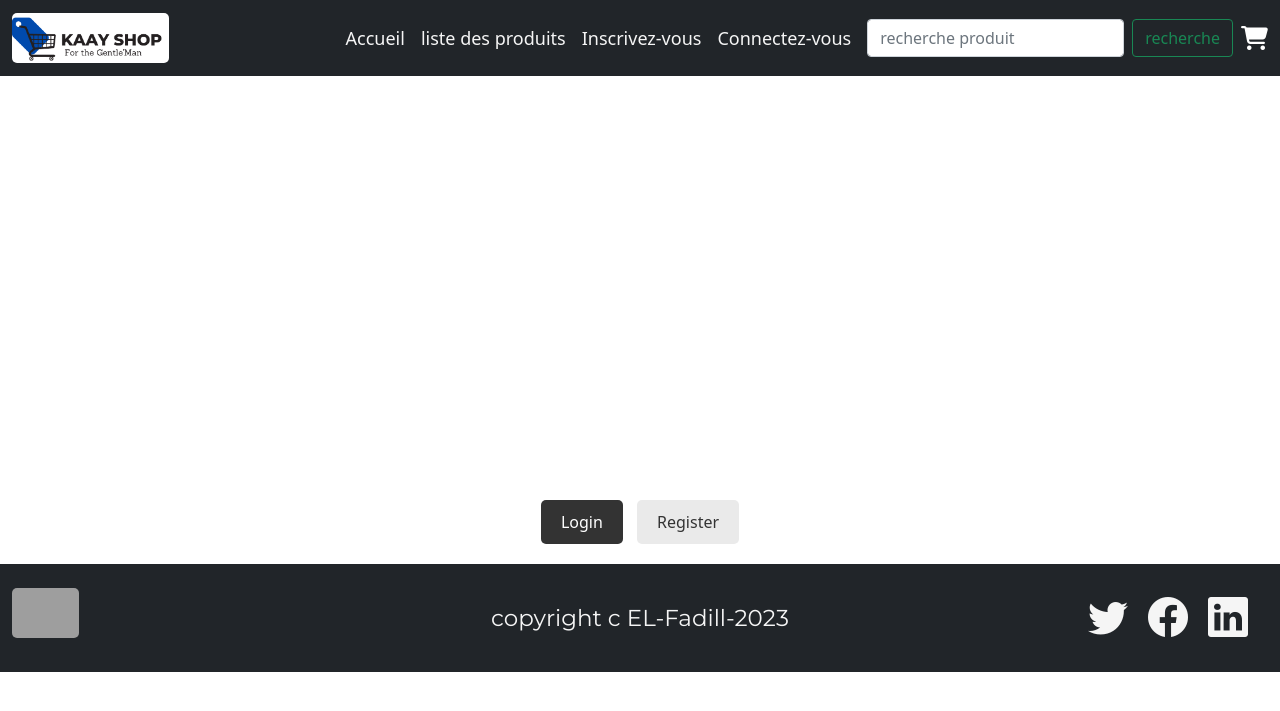
Repository: wadelfadill/Mini_projet_bootstrap_Site_vente_online
Page: registration.html
The author's editor kept a copy of each file at every save. The page is drawn from the files as they stood at one save, then again after the next save.
The browser window is 1280 px wide. The pictures show the whole page.
Pictures or frames that could not be fetched are drawn as grey boxes. Some web libraries are served in a nearby version.

Above is the page before, as saved 2023-05-18 23:12:05.

After the next save:
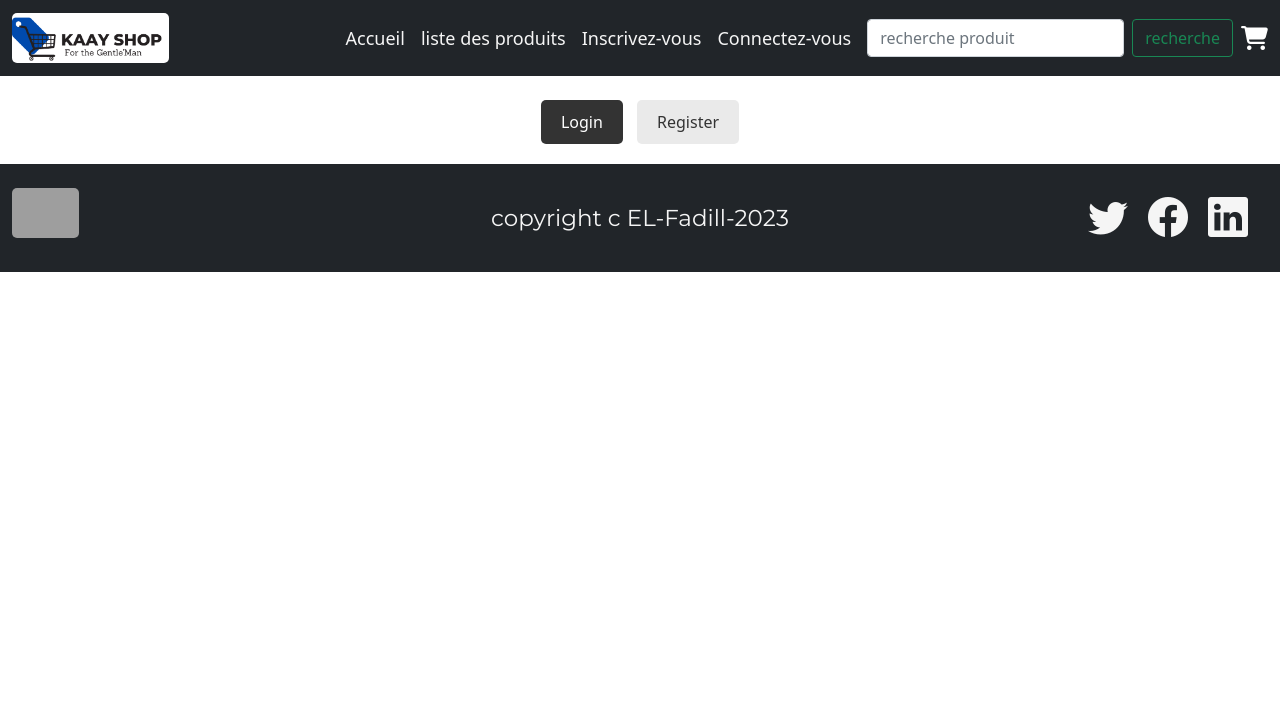
Saved 47 s later.
--- a/assets/css/registration_style.css
+++ b/assets/css/registration_style.css
@@ -1,5 +1,5 @@
 main{
-    margin-top: 500px;
+    margin-top: 100px;
 }
 .container {
     display: flex;
